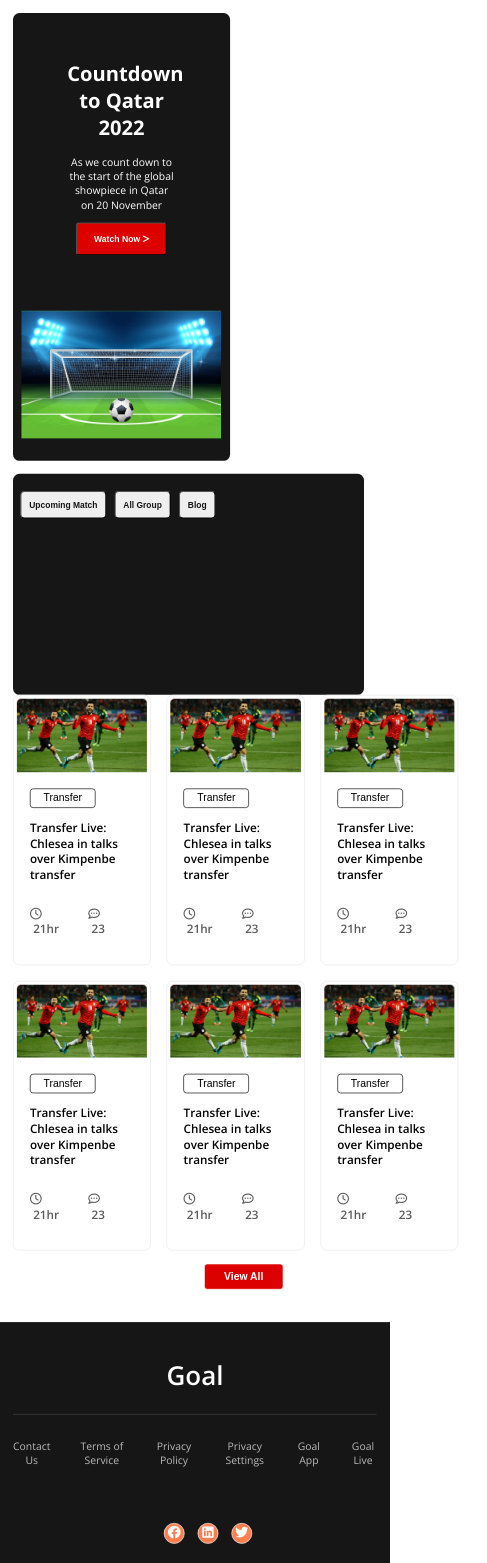
Repository: zjria/Qatar-world-cup
Page: index.html
An editor plug-in stored every save of this project. The page is shown before and after the next save, followed by the edit.
The browser window is 600 px wide. The page is 750 px wide, so the pictures cover 750 px, including what lies to the right of the window. The pictures show the whole page, at 65% of full size.

Above is the page before, as saved 2022-09-10 19:42:54.

### index.html
<!DOCTYPE html>
<html lang="en">

<head>
    <meta charset="UTF-8">
    <meta http-equiv="X-UA-Compatible" content="IE=edge">
    <meta name="viewport" content="width=device-width, initial-scale=1.0">
    <title>QATAR WORLD CUP</title>
    <!-- Font Awesome CDN Link -->
    <link rel="stylesheet" href="https://cdnjs.cloudflare.com/ajax/libs/font-awesome/6.2.0/css/all.min.css"
        integrity="sha512-xh6O/CkQoPOWDdYTDqeRdPCVd1SpvCA9XXcUnZS2FmJNp1coAFzvtCN9BmamE+4aHK8yyUHUSCcJHgXloTyT2A=="
        crossorigin="anonymous" referrerpolicy="no-referrer" />
    <!-- Font Awesome CDN Link -->
    <link rel="stylesheet" href="https://cdnjs.cloudflare.com/ajax/libs/font-awesome/6.2.0/css/all.min.css"
        integrity="sha512-xh6O/CkQoPOWDdYTDqeRdPCVd1SpvCA9XXcUnZS2FmJNp1coAFzvtCN9BmamE+4aHK8yyUHUSCcJHgXloTyT2A=="
        crossorigin="anonymous" referrerpolicy="no-referrer" />
    <!-- Custom CSS -->
    <link rel="stylesheet" href="style.css">

</head>

<body>
    <!-- <h1 style="text-align:center;">Allahu Akber</h1> -->


    <!-- Header Section -->
    <header class="header-container">

        <div class="header-text">
            <h1>Countdown to Qatar 2022</h1>
            <p>As we count down to the start of the global showpiece in Qatar on 20 November</p>
            <button>Watch Now <i class="fa-solid fa-greater-than"></i> </button>
        </div>

        <div class="header-img">
            <marquee behavior="alternate" scrollamount="0" direction="">
                <marquee behavior="alternate" scrollamount="0" direction="">
                    <img src="images/Ball.png" class="ball" alt="">
                </marquee>

            </marquee>

        </div>


    </header>


    <!-- Nav Section start HTML -->
    <div class="nav-container">
        <nav class="nav-section">
            <div class="all-button">
                <button><a href="match.html">Upcoming Match</a></button>
                <button><a href="#">All Group</a></button>
                <button><a href="index.html">Blog</a></button>
            </div>
        </nav>

        <!-- Main Section Start HTML  -->
        <main class="main-section">
            <div class="transfer">
                <img src="images/Blog Image.png" alt=""> <br>
                <div class="button-text">
                    <button>Transfer</button>
                    <p>Transfer Live: Chlesea in talks over Kimpenbe transfer</p>
                    <div class="icons">
                        <p><i class="fa-regular fa-clock"></i> <span>21hr</span></p>
                        <p><i class="fa-regular fa-comment-dots"></i> <span> 23</span></p>
                    </div>
                </div>
            </div>
            <div class="transfer">
                <img src="images/Blog Image.png" alt=""> <br>
                <div class="button-text">
                    <button>Transfer</button>
                    <p>Transfer Live: Chlesea in talks over Kimpenbe transfer</p>
                    <div class="icons">
                        <p><i class="fa-regular fa-clock"></i> <span>21hr</span></p>
                        <p><i class="fa-regular fa-comment-dots"></i> <span> 23</span></p>
                    </div>
                </div>
            </div>
            <div class="transfer">
                <img src="images/Blog Image.png" alt=""> <br>
                <div class="button-text">
                    <button>Transfer</button>
                    <p>Transfer Live: Chlesea in talks over Kimpenbe transfer</p>
                    <div class="icons">
                        <p><i class="fa-regular fa-clock"></i> <span>21hr</span></p>
                        <p><i class="fa-regular fa-comment-dots"></i> <span> 23</span></p>
                    </div>
                </div>
            </div>
            <div class="transfer">
                <img src="images/Blog Image.png" alt=""> <br>
                <div class="button-text">
                    <button>Transfer</button>
                    <p>Transfer Live: Chlesea in talks over Kimpenbe transfer</p>
                    <div class="icons">
                        <p><i class="fa-regular fa-clock"></i> <span>21hr</span></p>
                        <p><i class="fa-regular fa-comment-dots"></i> <span> 23</span></p>
                    </div>
                </div>
            </div>
            <div class="transfer">
                <img src="images/Blog Image.png" alt=""> <br>
                <div class="button-text">
                    <button>Transfer</button>
                    <p>Transfer Live: Chlesea in talks over Kimpenbe transfer</p>
                    <div class="icons">
                        <p><i class="fa-regular fa-clock"></i> <span>21hr</span></p>
                        <p><i class="fa-regular fa-comment-dots"></i> <span> 23</span></p>
                    </div>
                </div>
            </div>
            <div class="transfer">
                <img src="images/Blog Image.png" alt=""> <br>
                <div class="button-text">
                    <button>Transfer</button>
                    <p>Transfer Live: Chlesea in talks over Kimpenbe transfer</p>
                    <div class="icons">
                        <p><i class="fa-regular fa-clock"></i> <span>21hr</span></p>
                        <p><i class="fa-regular fa-comment-dots"></i> <span> 23</span></p>
                    </div>
                </div>
            </div>
        </main>
    </div>

    <!-- Only Table -->
    <div class="view-all">
        <Button>View All</Button>
    </div>

    <!-- Footer Section start -->
    <div class="footer-container">
        <div class="footer">
            <h2>Goal</h2>
            <hr>
            <div class="footer-text">
                <ul>
                    <li>Contact Us</li>
                    <li>Terms of Service</li>
                    <li>Privacy Policy</li>
                    <li>Privacy Settings</li>
                    <li>Goal App</li>
                    <li>Goal Live</li>
                </ul>
            </div>
        </div>
        <!-- Social Icons start -->
        <div class="social-icons">
            <ul>
                <li><a href="https://web.facebook.com/profile.php?id=100010388645936"><i
                            class="fa-brands fa-facebook"></i></a></li>
                <li><a href="https://www.linkedin.com/in/web-developer-zj/"><i class="fa-brands fa-linkedin"></i></a>
                </li>
                <li><a href="https://twitter.com/webdeveloper_zj"><i class="fa-brands fa-twitter"></i></a></li>
            </ul>
        </div>
    </div>
</body>

</html>

### style.css
/* Google Fonts Link */
@import url('https://fonts.googleapis.com/css2?family=Open+Sans:wght@300;400;500;600;700&family=Poppins:wght@500&family=Roboto:wght@100;300;400;500;700;900&display=swap');

body {
    font-family: 'Open Sans', sans-serif;
    margin: 0%;
    padding: 0%;
    background-color: white;
}

/* Header Section */

.header-container {
    display: flex;
    border-radius: 10px;
    margin-bottom: 130px;
    margin: 20px;
    background: #161616;
}

.header-container .header-text {
    color: #FFFFFF;
    padding: 50px;
    width: 50%;

}

.header-container .header-text h1 {
    font-size: 42px;
    bottom: 20px;
}

.header-container .header-text p {
    font-size: 16px;
}

.header-container .header-text button {
    background: #DD0000;
    border-radius: 5px;
    padding: 16px 25px;
    color: white;
    font-weight: 700;
}

.header-img {
    background: url(images/goal-bar.png);
    background-repeat: no-repeat;
    background-position: center;
    background-size: 90%;
    width: 50%;
}

.header-img .ball {
    justify-content: center;
    align-items: center;
    margin: 0 auto;
    display: flex;
    margin-top: 54%;
}

.header-img img {
    width: 10%;
}

.ball {
    transition: transform 0.3s ease-out;
}

.header-img:hover .ball {
    transform: rotate(90deg);
    transform: translate(280px, -50%);
    padding-top: -60px;
    transform: scale(0.5) translate(-100%, -100%) rotate(0.5turn);

}


/* Nav Section Start */

.nav-container {
    display: flex;
    margin: 20px;
    flex-direction: column;
}

.nav-section {
    background: #161616;
    border-radius: 10px;
    margin-right: 24px;
    width: 500px;
    height: 300px;
}

.all-button {
    display: flex;
    flex-direction: column;
    margin: 30px 30px 0px 30px;
}

.all-button button {
    padding: 17px;
    margin-bottom: 20px;
    border-radius: 10px;
    font-weight: 700;
    font-size: 16px;
}

.all-button button a {
    text-decoration: none;
    color: #161616;
}

.all-button button:hover {
    background-color: #DD0000;
    color: white;
}

/* Main Section */
.main-section {
    display: grid;
    grid-template-columns: repeat(3, 1fr);
    grid-column-gap: 24px;
    grid-row-gap: 24px;
}

.transfer {
    border: 1px solid #E8E8E8;
    border-radius: 10px;
    padding: 5px;
}

.transfer .match-vs {
    display: flex;
    justify-content: center;
    align-items: center;
    text-align: center;
}

.transfer .match-text {
    justify-content: center;
    align-items: center;
    text-align: center;
}

.transfer span {
    padding: 0 5px;
}

.button-text {
    padding: 20px;
}

.button-text button {
    padding: 5px 20px;
    border: 1px solid;
    border-radius: 5px;
    font-size: 16px;
    background-color: white;
}

.button-text p {
    font-size: 18px;
    font-weight: 600;
}

.match-vs #img-style {
    width: 40%;
}

.transfer img {
    width: 100%;
}

.container .nav-section {
    width: 312px;
}

.icons {
    display: flex;
    color: rgba(22, 22, 22, 0.7);
    font-size: 16px;
}

.icons p {
    margin-right: 40px;
}

/* Only Table */
.view-all {
    display: flex;
    justify-content: center;
    margin: 0 auto;
    margin-right: -25%;
}

.view-all button {
    padding: 10px 30px;
    border: 1px solid;
    border-radius: 5px;
    font-size: 16px;
    color: white;
    background-color: #DD0000;
    font-weight: 700;
}



/* Footer Container style start */
.footer-container {
    width: 100%;
    background: #161616;
    margin-top: 50px;
}

.footer hr {
    border: 1px solid rgba(255, 255, 255, 0.1);

}

.footer {
    text-align: center;
    justify-content: center;
    align-items: center;
    margin: 0 auto;
    padding: 20px 0px;
}

.footer hr {
    margin: 0px 20px;
}

.footer-container h2 {
    color: #FFFFFF;
    font-weight: 600;
    font-size: 40px;

}

.footer-container .footer-text {
    color: #FFFFFF;
    text-align: center;
    justify-content: center;
    align-items: center;

}

.footer-container .footer-text ul {
    display: flex;
    text-align: center;
    justify-content: center;
    align-items: center;
    /* margin: 0px 20px; */
    padding: 0px;
}

.footer-container .footer-text ul li {
    text-decoration: none;
    list-style: none;
    margin: 20px 20px;
    color: #B9B9B9;
    font-size: 16px;
}

/* Social Icons style start */
.social-icons {
    color: white;
    font-size: 20px;
    margin: 0 auto;
    text-align: center;
    justify-content: center;
    align-items: center;
    display: flex;
}

.social-icons ul {
    display: flex;
}

.social-icons ul li {
    background-color: coral;
    border-radius: 50%;
    width: 30px;
    height: 30px;
    border: 1px solid ghostwhite;
    list-style: none;
    margin: 10px;

}

.social-icons ul li a {
    color: white;
}

/* Media Query styles */
@media only screen and (max-width: 688px) {
    .header-container .header-text h1 {
        font-size: 31px;
        bottom: 20px;
    }

    .header-container {
        /* display: flex; */
        /* margin: 20px; */
        /* background: #161616; */
        flex-direction: column;
        text-align: center;
        align-items: center;
        width: 334px;
    }

    .header-img .ball {
        justify-content: center;
        align-items: center;
        margin: 0 auto;
        display: flex;
        margin-top: 31%;
    }

    .header-img {
        /* background: url(images/goal-bar.png); */
        /* background-repeat: no-repeat; */
        /* background-position: center; */
        background-size: 80%;
        width: 115%;
        padding: 50px 0px;
    }

    .all-button {
        display: flex;
        flex-direction: row;
        margin: 0px 0px 0px -15px;
    }

    .all-button button {
        padding: 12px;
        margin: 6px;
        border-radius: 7px;
        font-weight: 700;
        font-size: 13px;
    }

    .nav-section {
        /* background: #161616; */
        /* border-radius: 10px; */
        /* margin-right: 1px; */
        /* width: 500px; */
        /* height: 72px; */
        padding: 20px;
    }
}

After the next save:
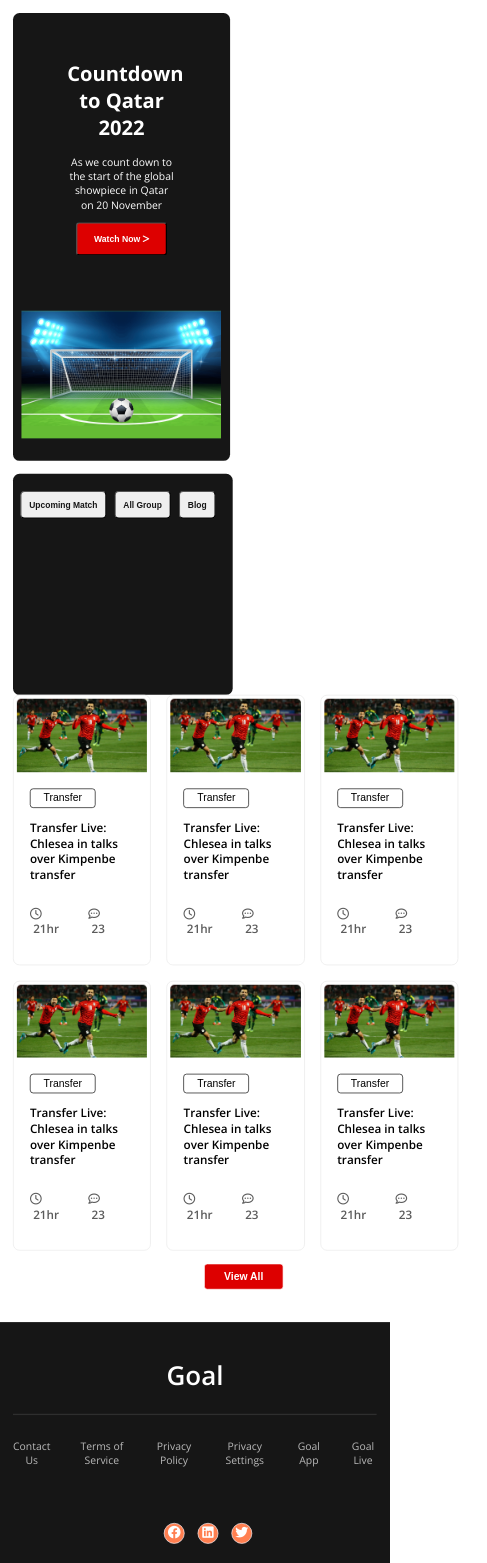
Saved 5 min 35 s later.
--- a/style.css
+++ b/style.css
@@ -340,11 +340,11 @@
     }
 
     .nav-section {
-        /* background: #161616; */
-        /* border-radius: 10px; */
-        /* margin-right: 1px; */
-        /* width: 500px; */
-        /* height: 72px; */
+        background: #161616;
+        border-radius: 10px;
+        /* margin-right: 24px; */
+        width: 298px;
+        /* height: 300px; */
         padding: 20px;
     }
 }
